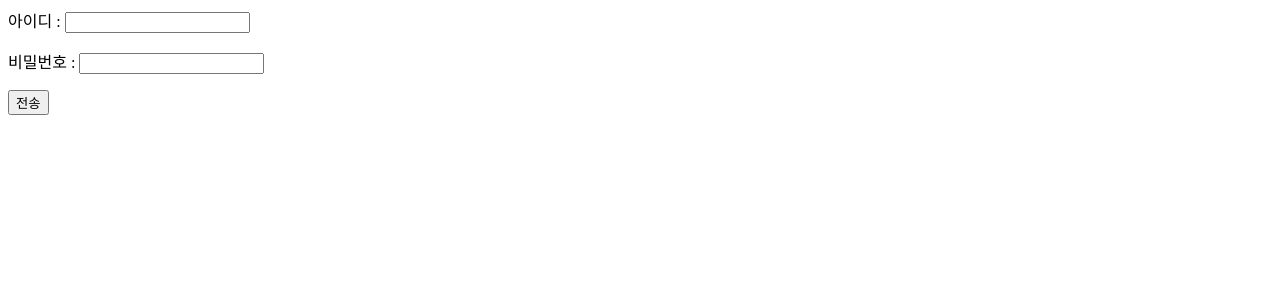
Repository: pojh5090/JspProgramming
Page: http://localhost/JSPBook/ch06/form5.jsp
The author's editor kept a copy of each file at every save. The page is drawn from the files as they stood at one save, then again after the next save.
The browser window is 1280 px wide. The pictures show the whole page.
The page is served by Tomcat 9. Other server files are loaded and not shown.

Above is the page before, as saved 2020-04-11 08:56:59.

### JSPBook/WebContent/ch06/form5.jsp
<%@ page language="java" contentType="text/html; charset=UTF-8"
    pageEncoding="UTF-8"%>
<!DOCTYPE html PUBLIC>
<html>
<head>
<meta http-equiv="Content-Type" content="text/html; charset=UTF-8">
<title>Implicit Objects</title>
</head>
<body>
	<form action="response01_process.jsp" method="post">
		<p>아이디 : <input type="text" name="id">
		<p>비밀번호 : <input type="text" name="passwd">
		<p> <input type="submit" value="전송" />
	</form>
</body>
</html>

After the next save:
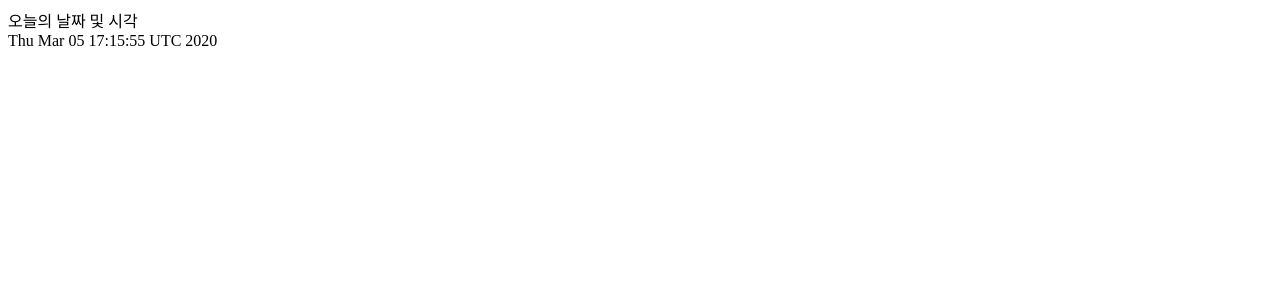
Saved 3 min 11 s later.
--- a/JSPBook/WebContent/ch06/form5.jsp
+++ b/JSPBook/WebContent/ch06/form5.jsp
@@ -7,10 +7,9 @@
 <title>Implicit Objects</title>
 </head>
 <body>
-	<form action="response01_process.jsp" method="post">
-		<p>아이디 : <input type="text" name="id">
-		<p>비밀번호 : <input type="text" name="passwd">
-		<p> <input type="submit" value="전송" />
-	</form>
+	<%
+		out.println("오늘의 날짜 및 시각" + "<br>");
+		out.println(java.util.Calendar.getInstance().getTime());
+	%>
 </body>
 </html>
